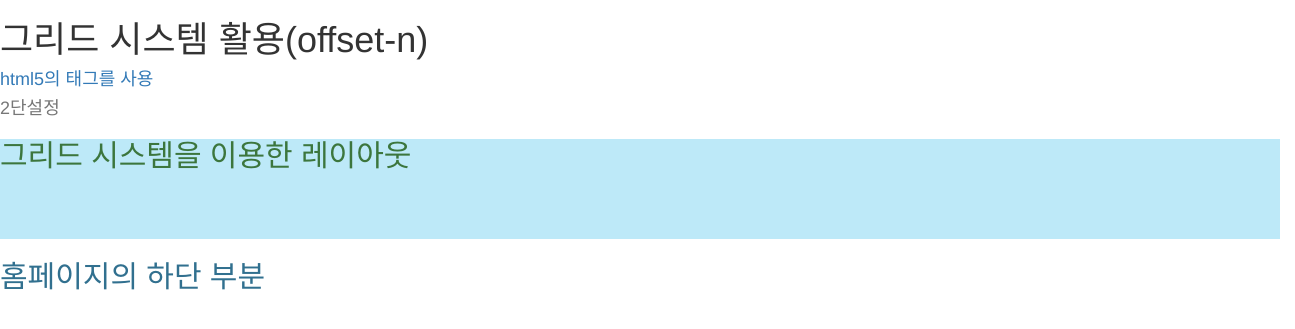
Repository: RYE415/4.jsp
Page: BootstrapTest/src/main/webapp/1.grid/grid4(2단).html
These files come from the project's save history. The page is drawn as it stood at one moment and after the next save; the edit follows.
The browser window is 1280 px wide. The page is 1295 px wide, so the pictures cover 1295 px, including what lies to the right of the window. The pictures show the whole page.
Some web fonts or font styles are not loaded; a fallback is used. Some web libraries are served in a nearby version.

Above is the page before, as saved 2022-08-08 02:23:37.

After the next save:
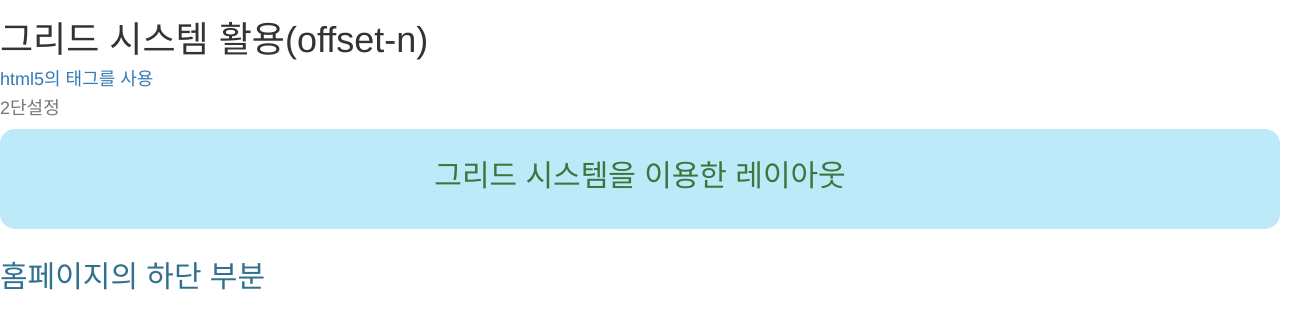
Saved 106 s later.
--- a/BootstrapTest/src/main/webapp/1.grid/grid4(2단).html
+++ b/BootstrapTest/src/main/webapp/1.grid/grid4(2단).html
@@ -14,7 +14,9 @@
 	header{
 			height:100px;
 			background-color:rgba(125,211,242,0.5); /*투명도*/
-			border-radius:
+			border-radius:15px;padding:10px;margin:10px 0;
+			font-family:'Nanum Gothic',sans-serif;
+			text-align:center;
 	}
     </style>
 
